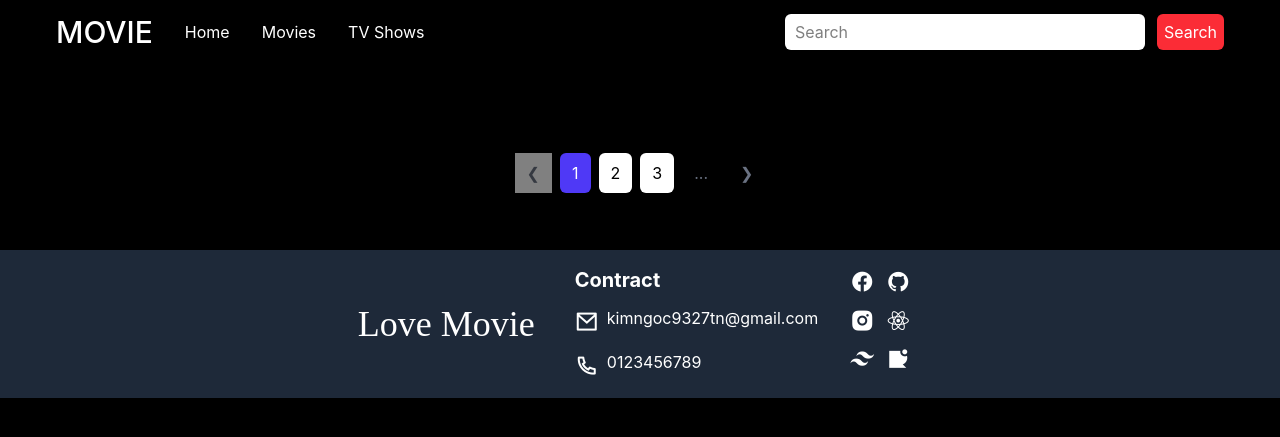
Repository: kimngoc9327/Love_Movie_Project
Page: /movieCategory
The author's editor kept a copy of each file at every save. The page is drawn from the files as they stood at one save, then again after the next save.
The browser window is 1280 px wide. The pictures show the whole page.
The page's requests for data from a server got no answer. The project was rebuilt for these pictures with package versions that can differ from the ones it lists, and the page was loaded fresh each time. No one was signed in, and anything a server would have sent is missing. Also part of the build but not shown: vite.config.js, src/components/ui/MovieCard.jsx, src/components/ui/MovieList.jsx, src/components/ui/Banner.jsx, src/pages/Home.jsx, src/pages/MovieDetails.jsx, src/pages/SearchMovie.jsx.

Above is the page before, as saved 2025-03-23 17:58:36.

After the next save:
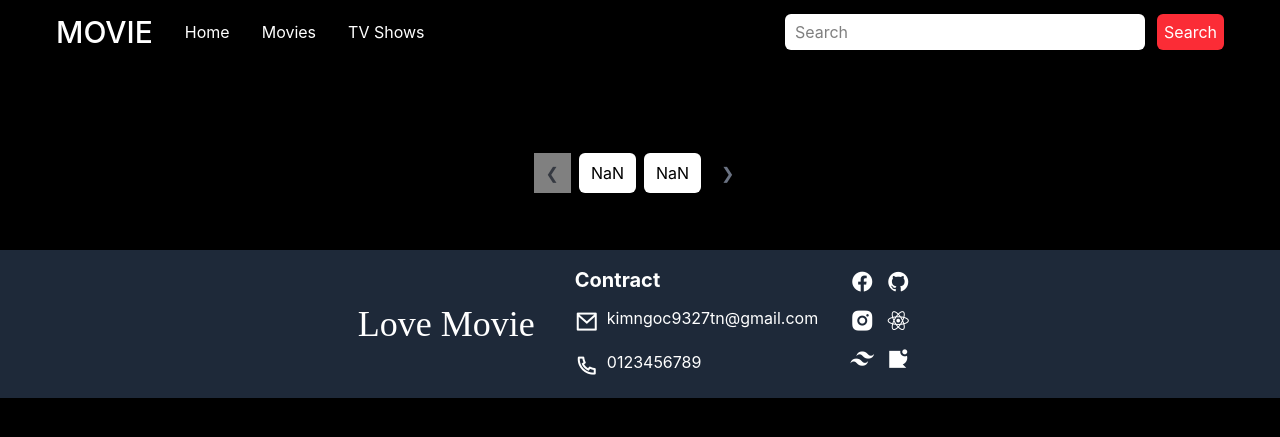
Saved 3 min 31 s later.
--- a/src/components/ui/PaginationButton.jsx
+++ b/src/components/ui/PaginationButton.jsx
@@ -3,15 +3,26 @@ import PropTypes from "prop-types";
 const PaginationButton = ({ currentPage, totalPages, onPageChange }) => {
   const getPageNumbers = () => {
     const pages = [];
-    const maxPages = Math.min(totalPages, 500);
+    const maxPages = Math.min(totalPages, 500); // Giới hạn totalPages tối đa là 500
+
     if (maxPages <= 6) {
       for (let i = 1; i <= maxPages; i++) pages.push(i);
     } else {
       if (currentPage > 1) pages.push(1, "...");
 
-      pages.push(currentPage, currentPage + 1, currentPage + 2, "...");
-      if (currentPage <= maxPages - 2) pages.push(maxPages - 1, maxPages);
+      // Đảm bảo không thêm trang vượt quá maxPages
+      if (currentPage < maxPages - 1) {
+        pages.push(currentPage);
+        if (currentPage + 1 <= maxPages) pages.push(currentPage + 1);
+        if (currentPage + 2 <= maxPages) pages.push(currentPage + 2);
+      }
+
+      if (currentPage < maxPages - 2) pages.push("...");
+
+      // Luôn hiển thị trang cuối cùng
+      pages.push(maxPages - 1, maxPages);
     }
+
     return pages;
   };
 
